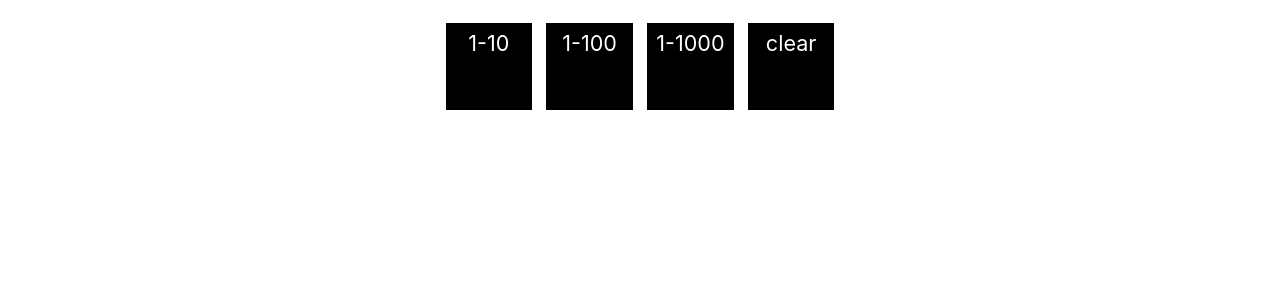
Repository: michalgornicki/number-generator
Page: /
These files come from the project's save history. The page is drawn as it stood at one moment and after a run of saves; the edit follows.
The browser window is 1280 px wide. The pictures show the whole page.
The project was rebuilt for these pictures with package versions that can differ from the ones it lists, and the page was loaded fresh each time.

Above is the page before, as saved 2021-12-03 13:42:22.

After the next 2 saves:
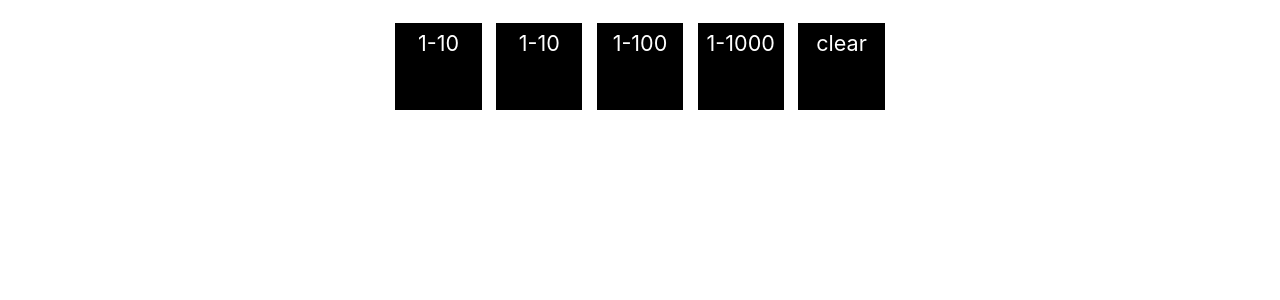
The 2 saves are shown as one change because they came seconds apart.
The last was saved 43 s later.
--- a/src/App.jsx
+++ b/src/App.jsx
@@ -7,6 +7,10 @@ function App() {
   return (
     <p>
       <div className="button-container">
+      <div
+        className="button"
+        onClick={() => setState([...state, Math.floor(Math.random() * 2)])}
+      >1-10</div>
       <div
         className="button"
         onClick={() => setState([...state, Math.floor(Math.random() * 10)])}
